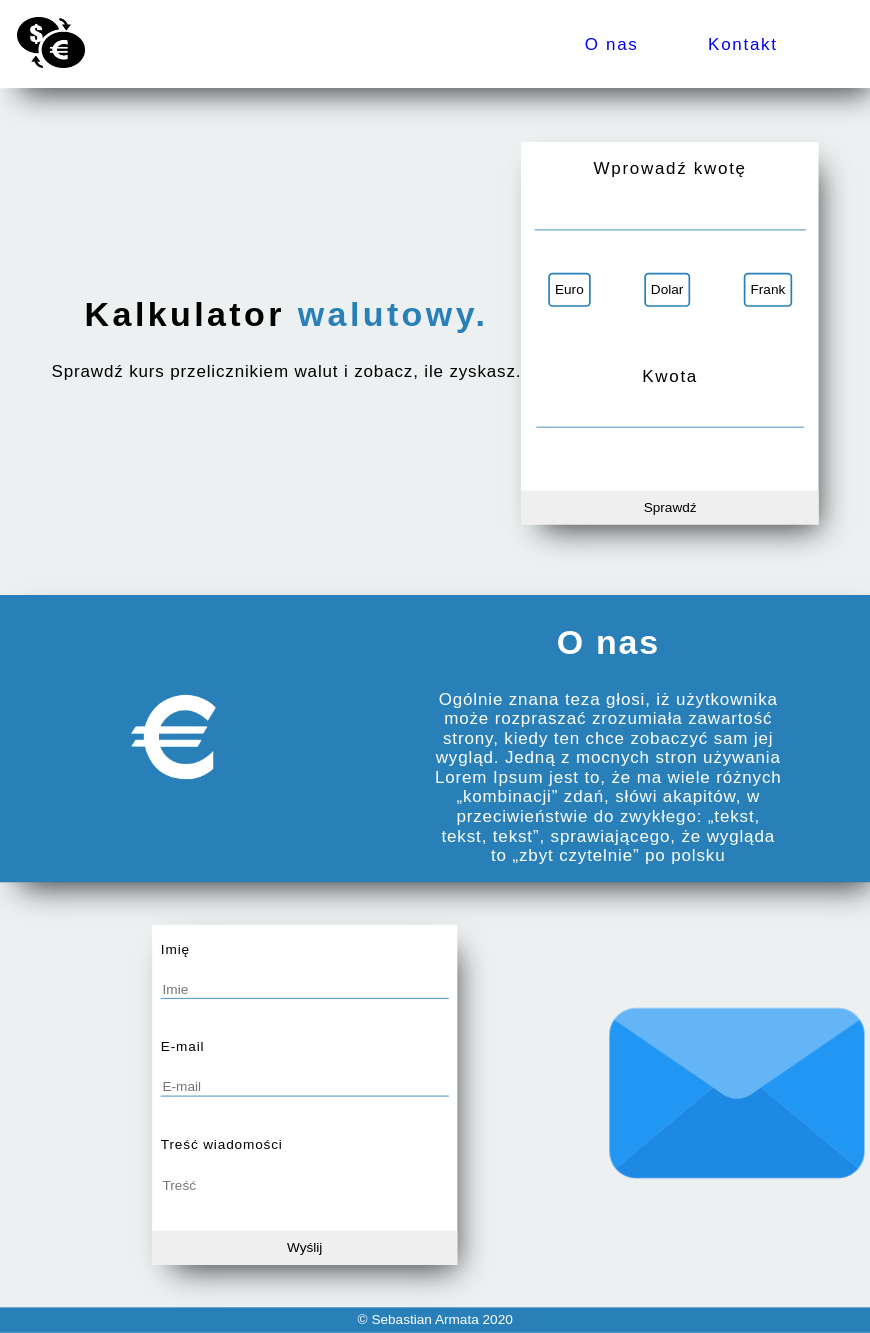
Repository: SebastianArmata22/Kalkulator-walut
Page: index.html
These files come from the project's save history. The page is drawn as it stood at one moment and after the next save; the edit follows.
The browser window is 1024 px wide. The pictures show the whole page, at 85% of full size.

Above is the page before, as saved 2020-10-28 12:58:55.

After the next save:
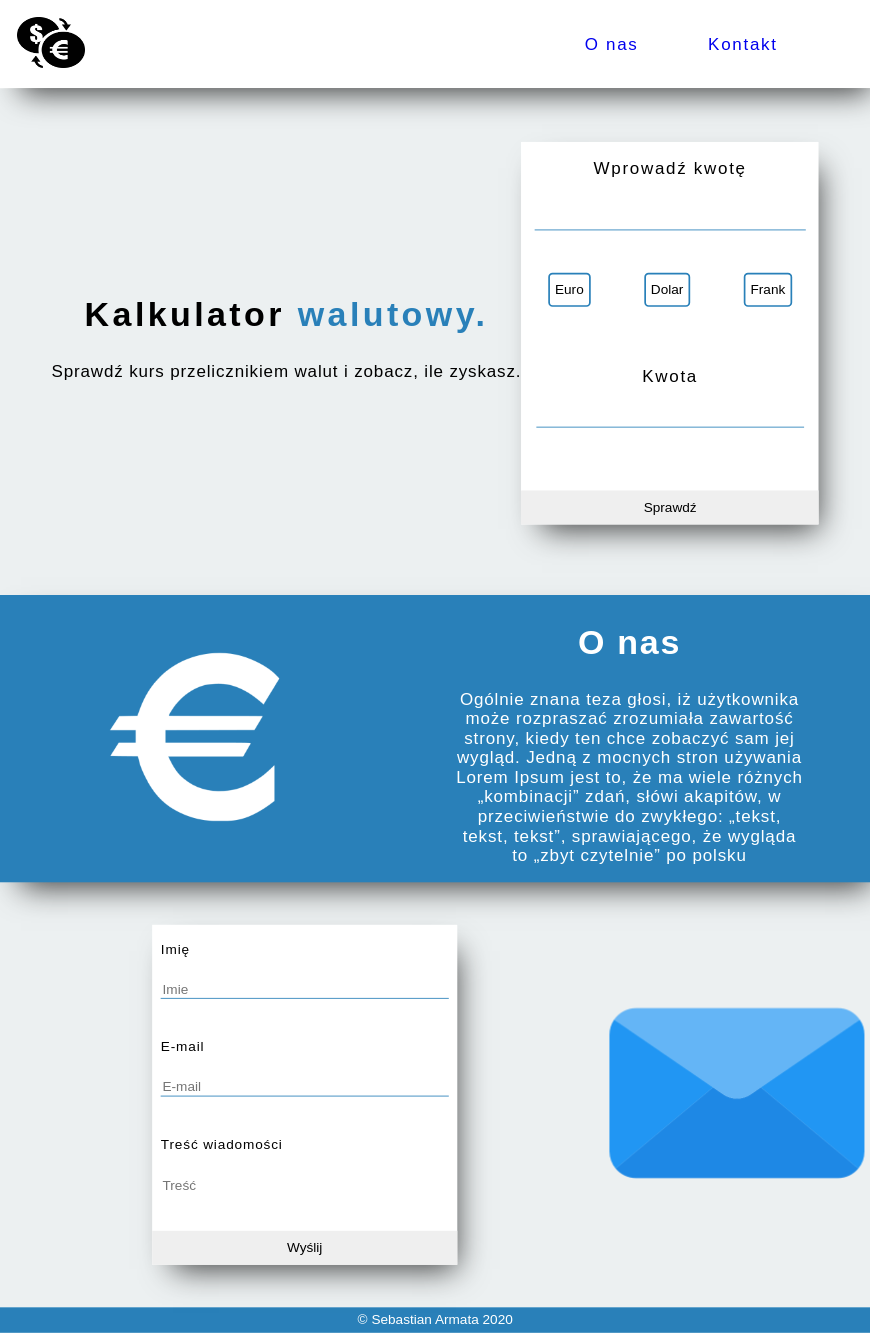
Saved 33 s later.
--- a/style.css
+++ b/style.css
@@ -263,7 +263,7 @@ max-width: 300px;
    font-size: 20px;
 }
 .photo-euro img{
-    width: 100px;
-    height: 100px;
-}
-}
+    width: 200px;
+    height: 200px;
+}
+}
